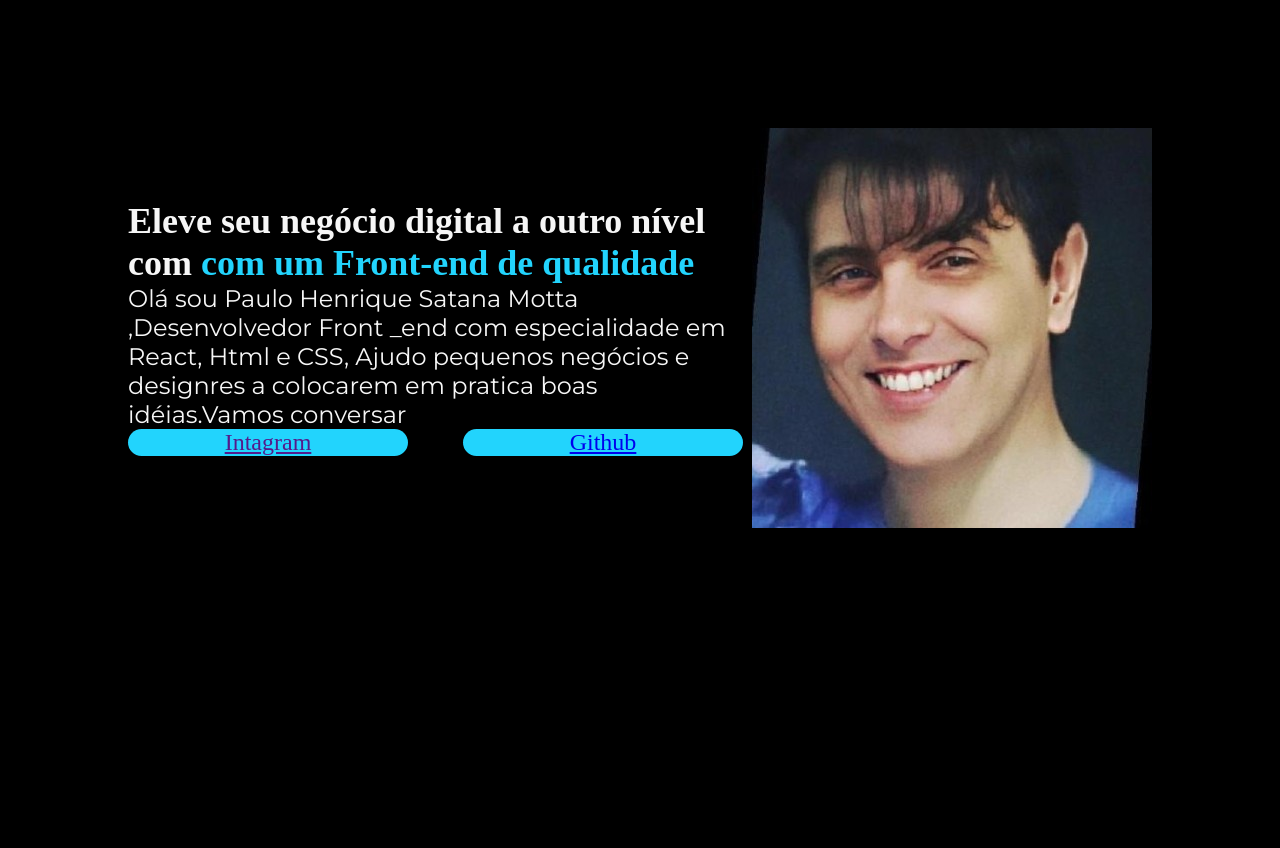
Repository: phsmottanerd/projeto-portfolio-alura
Page: index.html
An editor plug-in stored every save of this project. The page is shown before and after the next save, followed by the edit.
The browser window is 1280 px wide. The pictures show the whole page.
Some web fonts or font styles are not loaded; a fallback is used.

Above is the page before, as saved 2025-01-24 01:30:18.

### index.html
<!DOCTYPE html>
<html lang="pt-br">
  <head>
    <meta charset="UTF-8" />
    <meta name="viewport" content="width=device-width, initial-scale=1.0" />
    <link rel="stylesheet" href="./style.css" />
    <title>Portfólio</title>
  </head>
  <body>
    <header></header>
    <main class="apresentacao">
      <section class="apresentacao__conteudo">
        <h1 class="apresentacao__conteudo__titulo">
          Eleve seu negócio digital a outro nível com
          <strong class="titulo-destaque">
            com um Front-end de qualidade</strong
          >
        </h1>
        <p class="apresentacao__conteudo__texto">
          Olá sou Paulo Henrique Satana Motta ,Desenvolvedor Front _end com
          especialidade em React, Html e CSS, Ajudo pequenos negócios e
          designres a colocarem em pratica boas idéias.Vamos conversar
        </p>
        <div class="apresentacao__links">
          <a class="apresentacao__links__link" href="">Intagram</a>
          <a class="apresentacao__links__link" href="https://github.com/phsmottanerd?tab=repositories">Github</a>
        </div>
      </section>
      <img src="./img/1722867171561.jpg" alt="imgem-foto" />
    </main>
    <footer></footer>
  </body>
</html>

### style.css
@import url("https://fonts.googleapis.com/css2?family=Krona+One&family=Montserrat&display=swap");
* {
  margin: 0;
  padding: 0;
  box-sizing: border-box;
}
body {
  height: 100vh;
  background-color: black;
  color: #f6f6f6;
}

.titulo-destaque {
  color: #22d4fd;
}
.apresentacao {
  margin: 10%;
  display: flex;
  align-items: center;
  justify-content: space-between;
}
.apresentacao__conteudo {
  width: 615px;
}
.apresentacao__conteudo__titulo {
  font-size: 36px;
  font-family: "Krona One", sans-serf;
}
.apresentacao__conteudo__texto {
  font-size: 24px;
  font-family: "Montserrat", sans-serf;
}
.apresentacao__links{

    display:flex;
    justify-content:space-between;

}
.apresentacao__links__link{

background-color:#22d4FD;
width: 280px;
text-align: center;
border-radius: 16px;
font-size:24px;

}

After the next save:
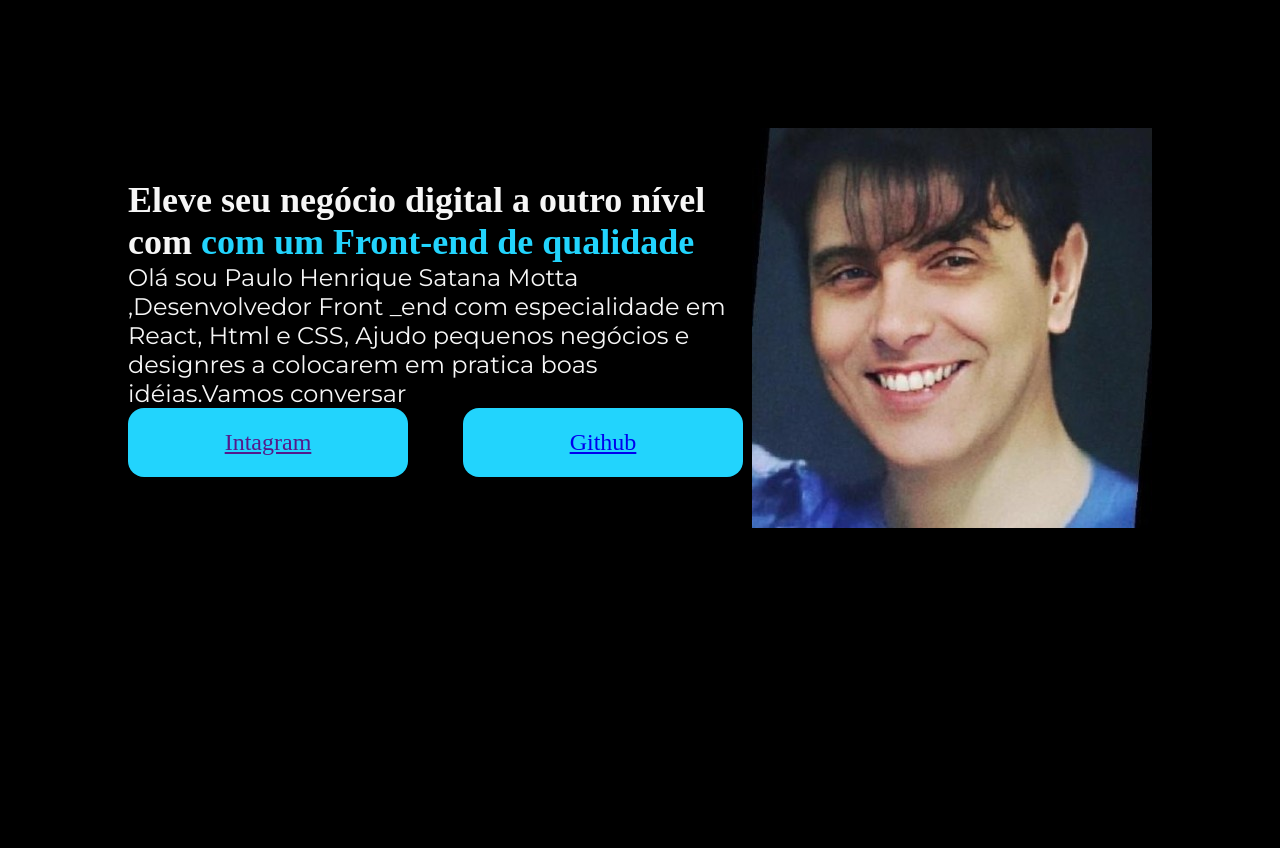
Saved 44 min 9 s later.
--- a/style.css
+++ b/style.css
@@ -43,5 +43,6 @@
 text-align: center;
 border-radius: 16px;
 font-size:24px;
+padding: 21px;
 
 }

After the 2 saves that followed:
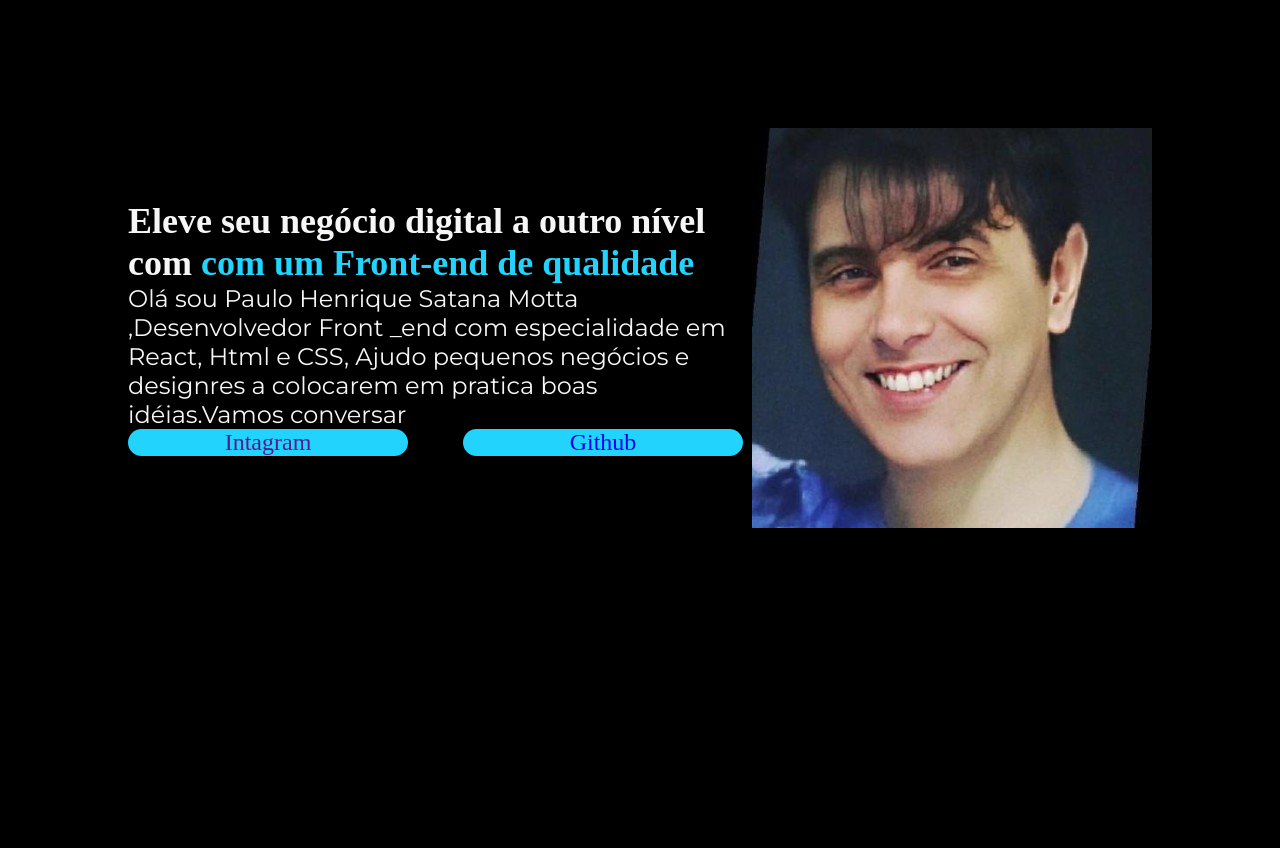
The 2 saves are shown as one change because 1 left the picture as it was.
The last was saved 2 min 26 s later.
--- a/style.css
+++ b/style.css
@@ -43,6 +43,6 @@
 text-align: center;
 border-radius: 16px;
 font-size:24px;
-padding: 21px;
-
+padding: 21px ,5px 0px;
+text-decoration:none;
 }
